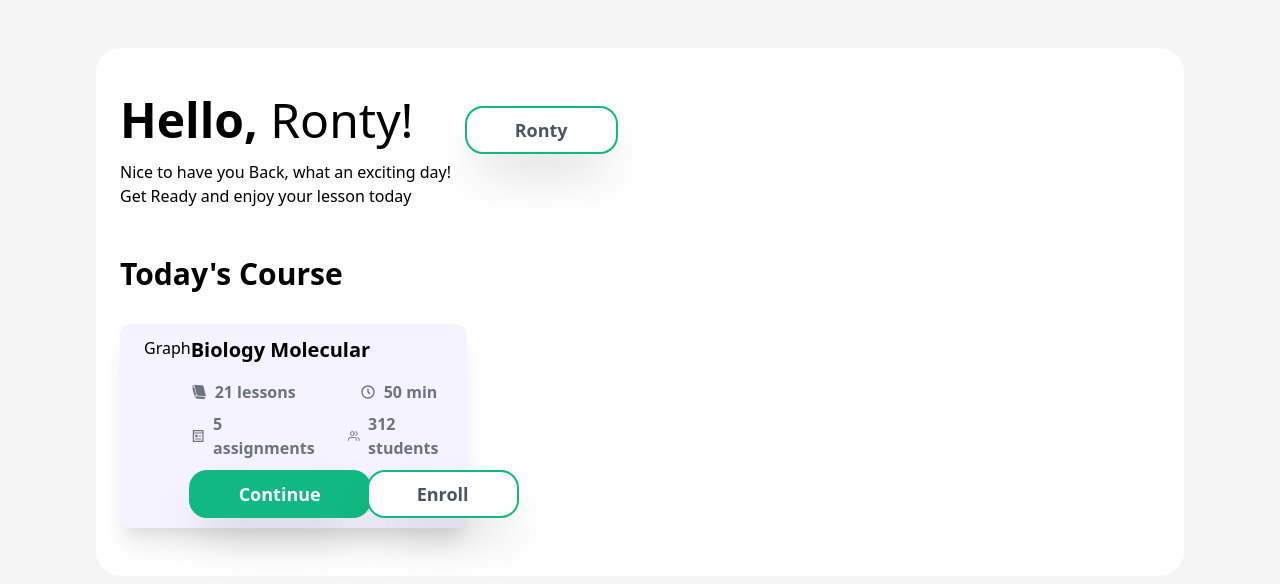
Repository: coolronts/Vite-Tailwind
Page: /
These files come from the project's save history. The page is drawn as it stood at one moment and after the next save; the edit follows.
The browser window is 1280 px wide. The pictures show the whole page.
The project was rebuilt for these pictures with package versions that can differ from the ones it lists, and the page was loaded fresh each time. Also part of the build but not shown: vite.config.js.

Above is the page before, as saved 2021-11-26 07:48:45.

### src/App.jsx
import './App.css'

import {Course, Intro} from './Section'
import { PrimaryButton, SecondaryButton } from './components/Button'

import {PrimaryCard} from './components/Card'
import SplitScreen from './components/SplitScreen'
import { useState } from 'react'

function App() {

  return (
    <div className="App bg-white my-12 mx-24 rounded-3xl px-6 py-12">
      <SplitScreen leftWeight = 'w-1/3'>
        <div id="left">
          <Intro/>
          <div id="course">
            <p className="text-3xl font-bold  font-sans mb-8">Today's Course</p>
            <PrimaryCard>
              <Course/>
            </PrimaryCard>
          </div>

        </div>

        <div id="right">
          <SecondaryButton name="Ronty"/>
        </div>


      </SplitScreen>
    </div>
  )
}

export default App

### src/Section/index.js
import Course from "./Course";
import Intro from "./Intro";

export { Intro, Course };

### src/components/Button/index.jsx
import React from 'react'

export const PrimaryButton = ({name}) =>{
  return (
    <button className="bg-green-500 px-12 py-2 ring-2 ring-green-500 text-white text-lg font-semibold shadow-2xl rounded-2xl mt-3">
      {name}
    </button>
  )
}

export const SecondaryButton = ({name}) =>{
  return (
    <button className="bg-white px-12 py-2 ring-2 ring-green-500 text-gray-600 text-lg font-semibold shadow-2xl rounded-2xl mt-3">
      {name}
    </button>
  )
}

### src/components/Card/index.jsx
import React from 'react'

export const PrimaryCard =({children})=> {
  return (
    <div className="bg-purple-50 py-3 px-6  rounded-xl shadow-xl">
      {children}
    </div>
  )
}

### src/components/SplitScreen/index.jsx
import PropTypes from 'prop-types'
import React from "react"
import tw from "tailwind-styled-components"

const Container = tw.div`${(props) => props.weight}`;

const Pane = tw.div`${(props) => props.weight}`;

const SplitScreen = ({
	children,
	containerWeight = 'flex w-full',
  leftWeight = 'w-1/2',
	rightWeight = 'w-1/2',
}) => {
	const [left, right] = children;
	return (
		<Container className={containerWeight}>
			<Pane className={leftWeight}>
				{left}
			</Pane>
			<Pane className={rightWeight}>
				{right}
			</Pane>
		</Container>
	);
}

export default SplitScreen

SplitScreen.propTypes = {
	children: PropTypes.arrayOf(PropTypes.node).isRequired,
	containerWeight: PropTypes.string,
	leftWeight: PropTypes.string,
	rightWeight: PropTypes.string,
}

### src/Section/Course/index.jsx
import {PrimaryButton, SecondaryButton} from '../../components/Button'

import {BiTimeFive} from 'react-icons/bi'
import {FiUsers} from 'react-icons/fi'
import { GiWhiteBook } from 'react-icons/gi'
import React from 'react'
import { RiPagesLine } from 'react-icons/ri'
import SplitScreen from '../../components/SplitScreen'

export default function Course() {
  return (
    <SplitScreen leftWeight = 'w-1/5' rightWeight = 'w-full'>
      <div id="left">
        Graph
      </div>
      <div id="right">
        <h4 className="font-bold text-xl mb-4">Biology Molecular</h4>
        <div className="flex flex-col w-5/6">
          <div className="flex  text-gray-500 font-semibold mb-2">
            <p className="flex items-center mr-16"> <GiWhiteBook className="mr-2"/>  21 lessons</p>
            <p className="flex items-center"> <BiTimeFive className="mr-2"/>  50 min</p>
          </div>
          <div className="flex  text-gray-500 font-semibold text-left">
            <p className="flex items-center mr-8"> <RiPagesLine className="mr-2"/>  5 assignments</p>
            <p className="flex items-center"> <FiUsers className="mr-2"/>  312 students</p>
          </div>
        </div>
        <div className="flex">
          <PrimaryButton name="Continue" />
          <SecondaryButton name="Enroll" />
        </div>
      </div>
    </SplitScreen>
  )
}

### src/Section/Intro/index.jsx
import React from 'react'

export default function Intro({name}) {
  return (
    <div className="mb-12">
      <h3 className="text-5xl font-sans font-bold mb-4">Hello, <span className="font-light">Ronty!</span> </h3>
      <div className="font-semibold tracking-wide text-gray-500">

      </div>
      <h5>Nice to have you Back, what an exciting day!</h5>
      <h5>Get Ready and enjoy your lesson today</h5>
    </div>
  )
}

Loaded but not shown: index.html (common file); src/main.jsx (common file); src/index.css (common file); src/App.css (common file); tailwind.config.js (common file)

After the next save:
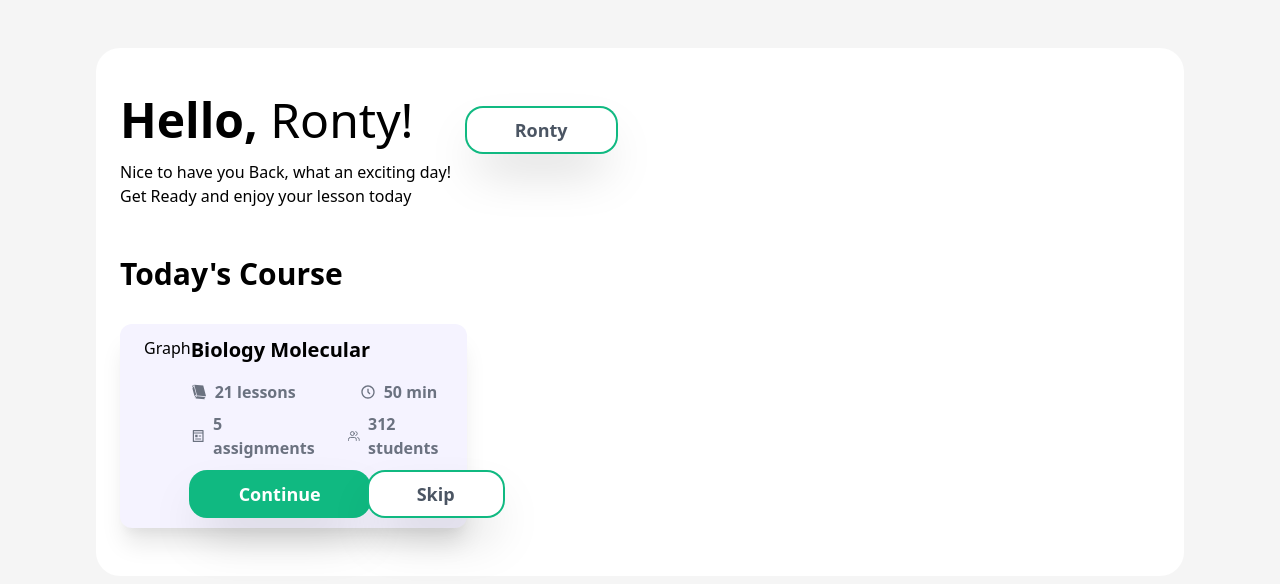
Saved 14 s later.
--- a/src/Section/Course/index.jsx
+++ b/src/Section/Course/index.jsx
@@ -27,7 +27,7 @@ export default function Course() {
         </div>
         <div className="flex">
           <PrimaryButton name="Continue" />
-          <SecondaryButton name="Enroll" />
+          <SecondaryButton name="Skip" />
         </div>
       </div>
     </SplitScreen>
